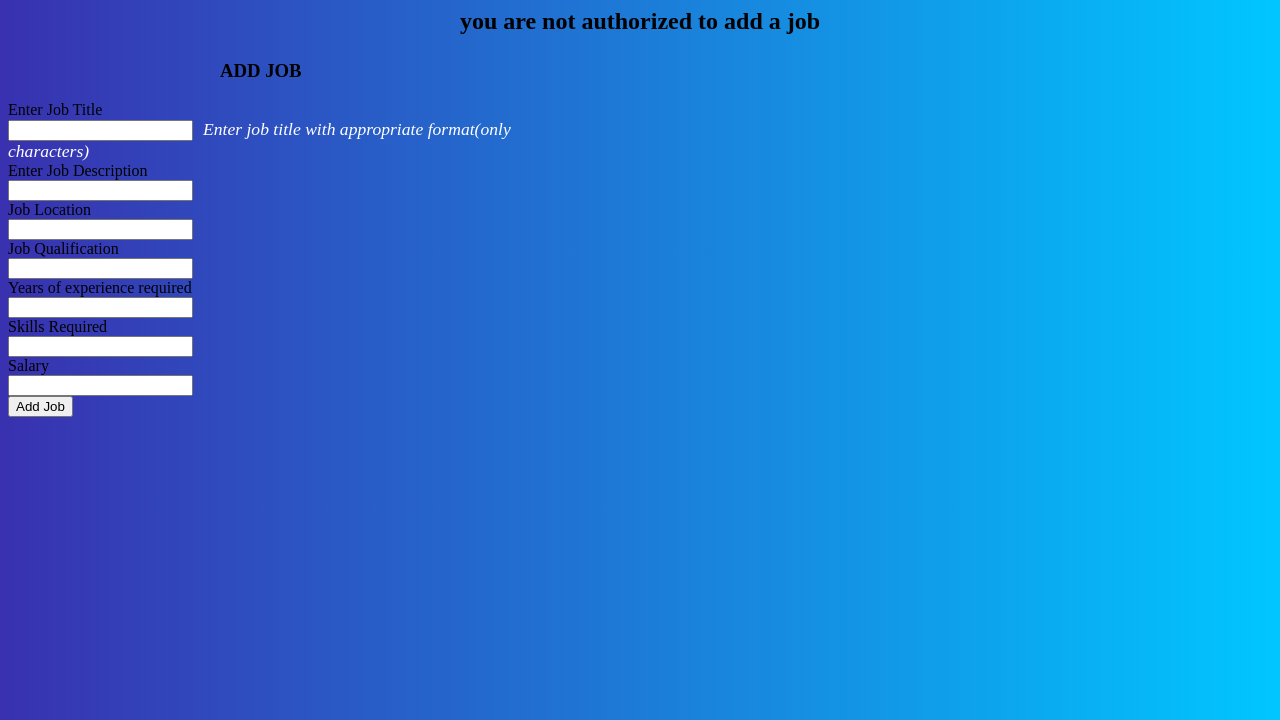
Repository: devlogan/collproject
Page: CollFrontend/WebContent/jobs/JobForm.html
An editor plug-in stored every save of this project. The page is shown before and after the next save, followed by the edit.
The browser window is 1280 px wide. The pictures show the whole page.

Above is the page before, as saved 2019-05-01 17:50:00.

### CollFrontend/WebContent/jobs/JobForm.html
<style>
body {
	background: -webkit-linear-gradient(left, #3931af, #00c6ff);
}

i.fa-close {
	margin-left: 10px;
	font-size: 1.1rem;
	position: relative;
	color: white;
	display: inline;
}
</style>
<div ng-show="currentUser.role!='Admin'">

	<h2 align="center">you are not authorized to add a job</h2>
</div>
<div ng-show="currentUser.role=='Admin'" class="container"
	style="width: 40%">

	<h3 align=center style="margin-top: 5%">ADD JOB</h3>
	<form name="jobForm" novalidate>
		<div class="form-group">
			<label for="jobTitle">Enter Job Title</label>
			<div class="">
				<input type="text" name="title" class="form-control"
					ng-model="job.jobTitle" ng-required="true" ng-pattern="/^[A-Z]+$/i"
					ng-minlength="3" ng-maxlength="21"><i
					ng-show="jobForm.title.$invalid && jobForm.title.$touched || jobForm.title.$error.pattern && jobForm.title.$touched"
					class="fa fa-close">Enter job title with appropriate
					format(only characters)</i>
			</div>

		</div>
		<div class="form-group">
			<label for="description">Enter Job Description</label>
			<div class="col-50">
				<input type="text" name="description" class="form-control"
					ng-model="job.jobDescription" ng-required="true"
					ng-pattern="/^[A-Z]+$/i" ng-minlength="3" ng-maxlength="21">
			</div>
		</div>
		<div class="form-group">
			<label for="location">Job Location</label>
			<div class="col-50">
				<input type="text" name="location" class="form-control"
					ng-model="job.location" ng-required="true" ng-pattern="/^[A-Z]+$/i"
					ng-minlength="3" ng-maxlength="21">
			</div>
		</div>
		<div class="form-group">
			<label for="email">Job Qualification</label>
			<div class="col-50">
				<input type="text" name="qualification" class="form-control"
					ng-model="job.qualifaction" ng-required="true"
					ng-pattern="/^[A-Z]+$/i" ng-minlength="3" ng-maxlength="21">
			</div>
		</div>
		<div class="form-group">
			<label for="email">Years of experience required</label>
			<div class="col-50">
				<input type="text" name="experience" class="form-control"
					ng-model="job.yrsOfExp" ng-required="true">
			</div>
		</div>
		<div class="form-group">
			<label for="email">Skills Required</label>
			<div class="col-50">
				<input type="text" name="skills" class="form-control"
					ng-model="job.skillsRequired ng-required="true"">
			</div>
		</div>
		<div class="form-group">
			<label for="email">Salary</label>
			<div class="col-50">
				<input type="text" name="salary" class="form-control"
					ng-model="job.salary" ng-required="true">
			</div>
		</div>


		<button type="submit" ng-click="addJob()" class="btn btn-success">Add
			Job</button>
	</form>
</div>

After the next save:
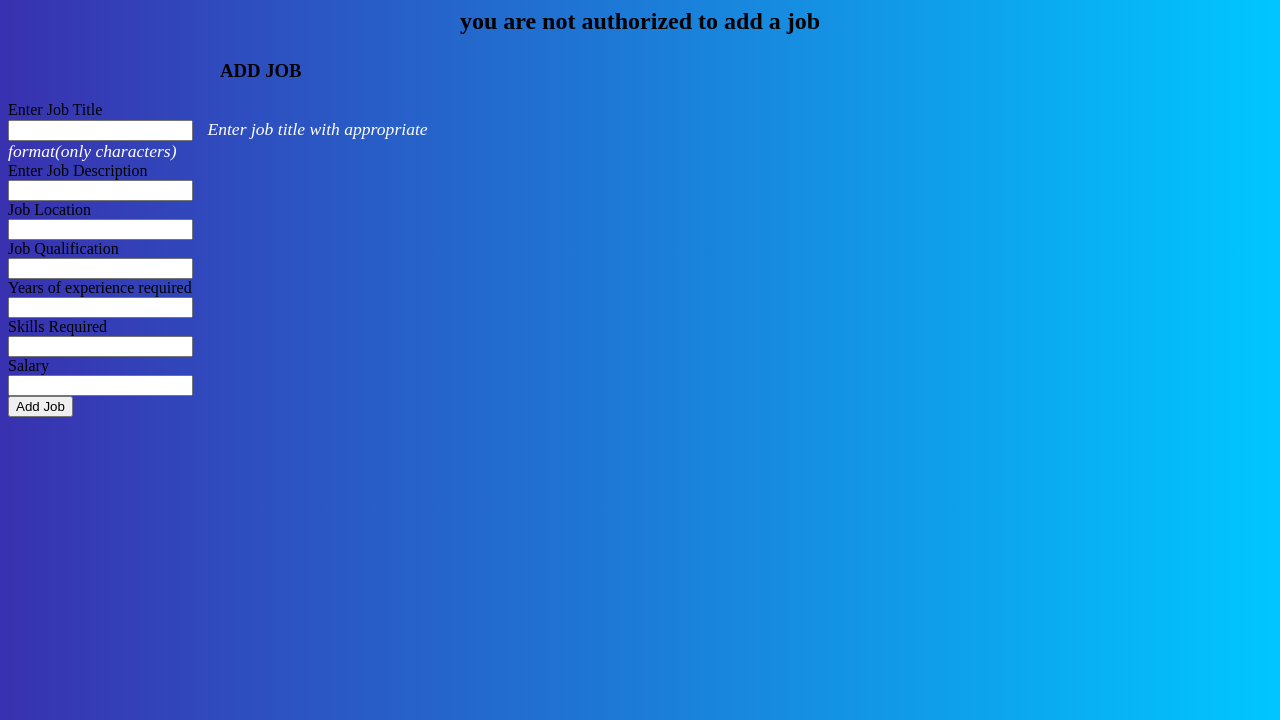
Saved 36 s later.
--- a/CollFrontend/WebContent/jobs/JobForm.html
+++ b/CollFrontend/WebContent/jobs/JobForm.html
@@ -27,7 +27,7 @@ i.fa-close {
 					ng-model="job.jobTitle" ng-required="true" ng-pattern="/^[A-Z]+$/i"
 					ng-minlength="3" ng-maxlength="21"><i
 					ng-show="jobForm.title.$invalid && jobForm.title.$touched || jobForm.title.$error.pattern && jobForm.title.$touched"
-					class="fa fa-close">Enter job title with appropriate
+					class="fa fa-close"> Enter job title with appropriate
 					format(only characters)</i>
 			</div>
 
